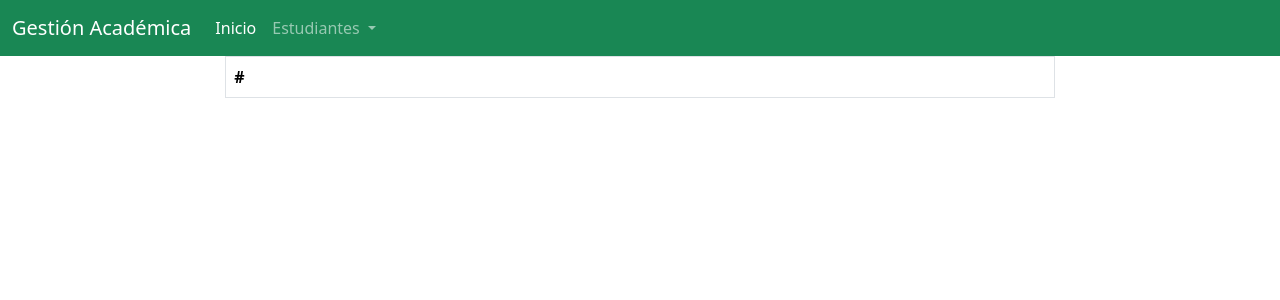
Repository: cesartomedes/frontacademico
Page: /
An editor plug-in stored every save of this project. The page is shown before and after the next save, followed by the edit.
The browser window is 1280 px wide. The pictures show the whole page.
The project was rebuilt for these pictures with package versions that can differ from the ones it lists, and the page was loaded fresh each time. Also part of the build but not shown: vue.config.js, src/components/HelloWorld.vue, src/views/EstudianteNew.vue, src/views/EstudianteEdit.vue, src/views/EstudianteView.vue.

Above is the page before, as saved 2023-10-24 15:43:31.

### src/main.js
import { createApp } from 'vue'
import App from './App.vue'
import router from './router'
import store from './store'
import '@fortawesome/fontawesome-free/css/all.min.css'
import 'bootstrap/dist/css/bootstrap.css'


createApp(App).use(store).use(router).mount('#app')

import 'bootstrap/dist/js/bootstrap'

### src/App.vue
<template>
      <nav class="navbar navbar-expand-lg navbar-dark bg-success">
        <div class="container-fluid">
          <a class="navbar-brand" href="#">Gestión Académica</a>
          <button class="navbar-toggler" type="button" data-bs-toggle="collapse" data-bs-target="#navbarSupportedContent" aria-controls="navbarSupportedContent" aria-expanded="false" aria-label="Toggle navigation">
            <span class="navbar-toggler-icon"></span>
          </button>
          <div class="collapse navbar-collapse" id="navbarSupportedContent">
            <ul class="navbar-nav me-auto mb-2 mb-lg-0">
              <li class="nav-item">
                <a class="nav-link active" aria-current="page" href="#">Inicio</a>
              </li>

              <li class="nav-item dropdown">
                <a class="nav-link dropdown-toggle" href="#" role="button" data-bs-toggle="dropdown" aria-expanded="false">
                  Estudiantes
                </a>
                <ul class="dropdown-menu">

                  <li>
                    <router-link class="dropdown-item" to="/">Listar Estudiantes</router-link>
                  </li>

                  <li>
                    <router-link class="dropdown-item" to="/createE">Registrar Nuevo</router-link>
                  </li>
                  <li><hr class="dropdown-divider"></li>
                  <li><a class="dropdown-item" href="#">Something else here</a></li>
                </ul>
              </li>
            </ul>

          </div>
        </div>
    </nav>
    <div class="container-fluid">
      <router-view/>
    </div>

</template>

### src/router/index.js
import { createRouter, createWebHashHistory } from 'vue-router'
import HomeView from '../views/HomeView.vue'
import EstudianteNew from '../views/EstudianteNew.vue'
import EstudianteEdit from '../views/EstudianteEdit.vue'
import EstudianteView from '../views/EstudianteView.vue'

const routes = [
  {
    path: '/',
    name: 'home',
    component: HomeView
  },

  {
    path: '/createE',
    name: 'createE',
    component: EstudianteNew
  },

  {
    path: '/editE/:id',
    name: 'editE',
    component: EstudianteEdit
  },

  {
    path: '/viewE/:id',
    name: 'viewE',
    component: EstudianteView
  }
]

const router = createRouter({
  history: createWebHashHistory(),
  routes
})

export default router

### src/views/HomeView.vue
<template>
      <div class="row">
        <div class="col-lg-8 offset-lg-2">
          <div class="table-responsive">
            <table class="table table-bordered table-hover">
              <thead>
                <tr>
                  <th>#</th>
                </tr>
              </thead>
            </table>
          </div>
        </div>
      </div>
</template>

<script>
// @ is an alias to /src
import HelloWorld from '@/components/HelloWorld.vue'

export default {
  name: 'HomeView',
  components: {
    HelloWorld
  }
}
</script>

Loaded but not shown: public/index.html (common file); src/store/index.js (common file)

After the next save:
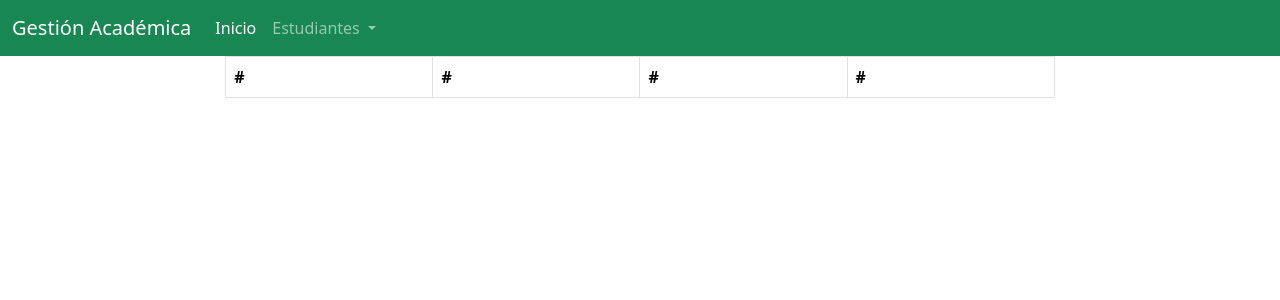
Saved 10 s later.
--- a/src/views/HomeView.vue
+++ b/src/views/HomeView.vue
@@ -5,6 +5,9 @@
             <table class="table table-bordered table-hover">
               <thead>
                 <tr>
+                  <th>#</th>
+                  <th>#</th>
+                  <th>#</th>
                   <th>#</th>
                 </tr>
               </thead>
